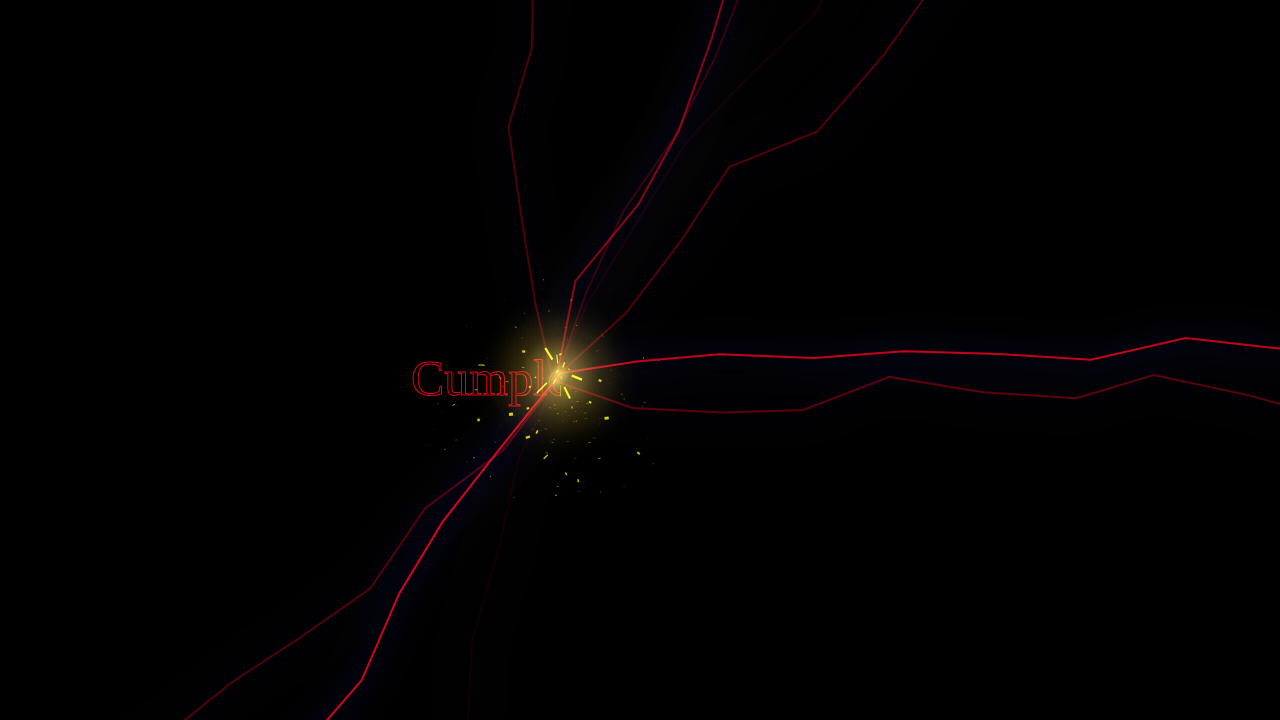
Repository: hosoya08/Raiki
Page: main.html
These files come from the project's save history. The page is drawn as it stood at one moment and after the next save; the edit follows.
The browser window is 1280 px wide. The pictures show the whole page.
Some web fonts or font styles are not loaded; a fallback is used.

Above is the page before, as saved 2025-03-25 23:59:40.

### main.html
<!DOCTYPE html>
<html lang="en">
<head>
    <meta charset="UTF-8">
    <meta name="viewport" content="width=device-width, initial-scale=1.0">
    <title>test</title>
    <link rel="stylesheet" href="main.css">
</head>
<body>

    <div class="page page-thunder-to-text">
        <input id="input" type="text" maxlength="24" placeholder="raiki" style="display:none;">
        <canvas id="canvas"></canvas>
    </div>

    <script src="script.js"></script>
</body>
</html>

### main.css
@import url("https://fonts.googleapis.com/css?family=Voltaire");
html,
body {
  background: #333;
  margin: 0;
  height: 100%;
  overflow: hidden;
}

#textFill {
  animation: alphaRandom 1s linear infinite;
}

#textGlow {
  animation: alphaRandom2 1s linear infinite;
}

@keyframes alphaRandom {
  0% {
    opacity: 0.8219337334;
  }
  10% {
    opacity: 0.9826474012;
  }
  20% {
    opacity: 0.8784141065;
  }
  30% {
    opacity: 0.7149556183;
  }
  40% {
    opacity: 0.9556301227;
  }
  50% {
    opacity: 0.7870307307;
  }
  60% {
    opacity: 0.8868483326;
  }
  70% {
    opacity: 0.9359252135;
  }
  80% {
    opacity: 0.7186274177;
  }
  90% {
    opacity: 0.9327301979;
  }
  100% {
    opacity: 0.837924936;
  }
}
@keyframes alphaRandom2 {
  0% {
    opacity: 0.7549817306;
  }
  10% {
    opacity: 0.7824141662;
  }
  20% {
    opacity: 0.7585337883;
  }
  30% {
    opacity: 0.7542422182;
  }
  40% {
    opacity: 0.7956797351;
  }
  50% {
    opacity: 0.8821569643;
  }
  60% {
    opacity: 0.9860754458;
  }
  70% {
    opacity: 0.9238546186;
  }
  80% {
    opacity: 0.99889331;
  }
  90% {
    opacity: 0.9833467613;
  }
  100% {
    opacity: 0.9734773483;
  }
}
.page-thunder-to-text {
  position: relative;
  overflow: hidden;
}
.page-thunder-to-text canvas {
  display: block;
}
.page-thunder-to-text input {
  position: absolute;
  bottom: 50px;
  left: 0;
  right: 0;
  display: block;
  outline: none;
  background-color: rgba(38, 50, 56, 0.2);
  color: #ffffff;
  border: none;
  width: 50%;
  min-width: 500px;
  max-width: 100%;
  margin: auto;
  height: 60px;
  line-height: 60px;
  font-size: 40px;
  padding: 0 20px;
}
.page-thunder-to-text input:hover, .page-thunder-to-text input:focus {
  border: 1px solid rgba(38, 50, 56, 0.6);
}
.page-thunder-to-text input::-webkit-input-placeholder {
  color: rgba(255, 255, 255, 0.1);
}/*# sourceMappingURL=main_20250325233303.css.map */

### script.js
let canvas, ctx, w, h, thunder, text, particles, input

function Thunder(options) {
  options = options || {}
  this.lifespan = options.lifespan || Math.round(Math.random() * 10 + 10)
  this.maxlife = this.lifespan
  this.color = options.color || "#e60012"
  this.glow = options.glow || "#2323fe"
  this.x = options.x || Math.random() * w
  this.y = options.y || Math.random() * h
  this.width = options.width || 2
  this.direct = options.direct || Math.random() * Math.PI * 2
  this.max = options.max || Math.round(Math.random() * 10 + 20)
  this.segments = [...new Array(this.max)].map(() => {
    return {
      direct: this.direct + (Math.PI * Math.random() * 0.2 - 0.1),
      length: Math.random() * 20 + 80,
      change: Math.random() * 0.04 - 0.02,
    }
  })

  this.update = function (index, array) {
    this.segments.forEach((s) => {
      ;(s.direct += s.change) && Math.random() > 1 && (s.change *= -1)
    })
    ;(this.lifespan > 0 && this.lifespan--) || this.remove(index, array)
  }

  this.render = function (ctx) {
    if (this.lifespan <= 0) return
    ctx.beginPath()
    ctx.globalAlpha = this.lifespan / this.maxlife
    ctx.strokeStyle = this.color
    ctx.lineWidth = this.width
    ctx.shadowBlur = 32
    ctx.shadowColor = this.glow
    ctx.moveTo(this.x, this.y)
    let prev = { x: this.x, y: this.y }
    this.segments.forEach((s) => {
      const x = prev.x + Math.cos(s.direct) * s.length
      const y = prev.y + Math.sin(s.direct) * s.length
      prev = { x: x, y: y }
      ctx.lineTo(x, y)
    })
    ctx.stroke()
    ctx.closePath()
    ctx.shadowBlur = 0
    const strength = Math.random() * 80 + 40
    const light = ctx.createRadialGradient(this.x, this.y, 0, this.x, this.y, strength)
    light.addColorStop(0, "rgba(250, 200, 50, 0.6)")
    light.addColorStop(0.1, "rgba(250, 200, 50, 0.2)")
    light.addColorStop(0.4, "rgba(250, 200, 50, 0.06)")
    light.addColorStop(0.65, "rgba(250, 200, 50, 0.01)")
    light.addColorStop(0.8, "rgba(250, 200, 50, 0)")
    ctx.beginPath()
    ctx.fillStyle = light
    ctx.arc(this.x, this.y, strength, 0, Math.PI * 2)
    ctx.fill()
    ctx.closePath()
  }

  this.remove = function (index, array) {
    array.splice(index, 1)
  }
}

function Spark(options) {
  options = options || {}
  this.x = options.x || w * 0.5
  this.y = options.y || h * 0.5
  this.v = options.v || { direct: Math.random() * Math.PI * 2, weight: Math.random() * 14 + 2, friction: 0.88 }
  this.a = options.a || { change: Math.random() * 0.4 - 0.2, min: this.v.direct - Math.PI * 0.4, max: this.v.direct + Math.PI * 0.4 }
  this.g = options.g || { direct: Math.PI * 0.5 + (Math.random() * 0.4 - 0.2), weight: Math.random() * 0.25 + 0.25 }
  this.width = options.width || Math.random() * 3
  this.lifespan = options.lifespan || Math.round(Math.random() * 20 + 40)
  this.maxlife = this.lifespan
  this.color = options.color || "#ffff00" // 雷の色
  this.prev = { x: this.x, y: this.y }

  this.update = function (index, array) {
    this.prev = { x: this.x, y: this.y }
    this.x += Math.cos(this.v.direct) * this.v.weight
    this.x += Math.cos(this.g.direct) * this.g.weight
    this.y += Math.sin(this.v.direct) * this.v.weight
    this.y += Math.sin(this.g.direct) * this.g.weight
    this.v.weight > 0.2 && (this.v.weight *= this.v.friction)
    this.v.direct += this.a.change
    ;(this.v.direct > this.a.max || this.v.direct < this.a.min) && (this.a.change *= -1)
    this.lifespan > 0 && this.lifespan--
    this.lifespan <= 0 && this.remove(index, array)
  }

  this.render = function (ctx) {
    if (this.lifespan <= 0) return
    ctx.beginPath()
    ctx.globalAlpha = this.lifespan / this.maxlife
    ctx.strokeStyle = this.color
    ctx.lineWidth = this.width
    ctx.moveTo(this.x, this.y)
    ctx.lineTo(this.prev.x, this.prev.y)
    ctx.stroke()
    ctx.closePath()
  }

  this.remove = function (index, array) {
    array.splice(index, 1)
  }
}

function Particles(options) {
  options = options || {}
  this.max = options.max || Math.round(Math.random() * 10 + 10)
  this.sparks = [...new Array(this.max)].map(() => new Spark(options))

  this.update = function () {
    this.sparks.forEach((s, i) => s.update(i, this.sparks))
  }

  this.render = function (ctx) {
    this.sparks.forEach((s) => s.render(ctx))
  }
}

function Text(options) {
  options = options || {}
  const pool = document.createElement("canvas")
  const buffer = pool.getContext("2d")
  pool.width = w
  buffer.fillStyle = "#000000"
  buffer.fillRect(0, 0, pool.width, pool.height)

  this.size = options.size || 50
  this.copy = (options.copy || `Hello!`) + " "
  this.color = options.color || "#e60012" //文字の色
  this.delay = options.delay || 2
  this.basedelay = this.delay
  buffer.font = `${this.size}px Comic Sans MS`
  this.bound = buffer.measureText(this.copy)
  this.bound.height = this.size * 1.5
  this.x = options.x || w * 0.5 - this.bound.width * 0.5
  this.y = options.y || h * 0.5 - this.size * 0.5

  buffer.strokeStyle = this.color
  buffer.strokeText(this.copy, 0, this.bound.height * 0.8)
  this.data = buffer.getImageData(0, 0, this.bound.width, this.bound.height)
  this.index = 0

  this.update = function () {
    if (this.index >= this.bound.width) return;
    const data = this.data.data
    for (let i = this.index * 4; i < data.length; i += 4 * this.data.width) {
      const bitmap = data[i] + data[i + 1] + data[i + 2] + data[i + 3]
      if (bitmap > 255 && Math.random() > 0.96) {
        const x = this.x + this.index
        const y = this.y + i / this.bound.width / 4
        thunder.push(
          new Thunder({
            x: x,
            y: y,
          })
        )
        Math.random() > 0.5 &&
          particles.push(
            new Particles({
              x: x,
              y: y,
            })
          )
      }
    }
    if (this.delay-- < 0) {
      this.index++
      this.delay += this.basedelay
    }
  }

  this.render = function (ctx) {
    ctx.putImageData(this.data, this.x, this.y, 0, 0, this.index, this.bound.height)
  }
}

function loop() {
  update()
  render()
 // すべての文字が表示され、雷と火花も消滅したらループ終了
 const textFinished = text.index >= text.bound.width;
 const animationFinished = thunder.length === 0 && particles.length === 0;

 if (!textFinished || !animationFinished) {
     requestAnimationFrame(loop);
 } else {
     console.log('アニメーション完了');
 }
}

function update() {
  text.update()
  thunder.forEach((l, i) => l.update(i, thunder)) // 雷の演出（繰り返し処理
  particles.forEach((p) => p.update()) //火花の演出（繰り返し処理
}

function render() {
  ctx.globalCompositeOperation = "source-over"
  ctx.globalAlpha = 1
  ctx.fillStyle = "#000000"
  ctx.fillRect(0, 0, w, h)
  //
  ctx.globalCompositeOperation = "screen"
  text.render(ctx)
  thunder.forEach((l) => l.render(ctx))
  particles.forEach((p) => p.render(ctx))
}

;(function () {
  //
  canvas = document.getElementById("canvas")
  input = document.getElementById("input")
  ctx = canvas.getContext("2d")
  w = window.innerWidth
  h = window.innerHeight
  canvas.width = w
  canvas.height = h
  thunder = []
  particles = []
  //
  text = new Text({
    copy: "Cumpleaño de Raiki!!",
  })

  canvas.addEventListener("click", (e) => {
    const x = e.clientX
    const y = e.clientY
    thunder.push(
      new Thunder({
        x: x,
        y: y,
      })
    )
    particles.push(
      new Particles({
        x: x,
        y: y,
      })
    )
  })
  let cb = 0
  input.addEventListener("keyup", (e) => {
    clearTimeout(cb)
    cb = setTimeout(() => {
      text = new Text({
        copy: input.value,
      })
    }, 300)
  })
  //
  loop()
})()

After the next save:
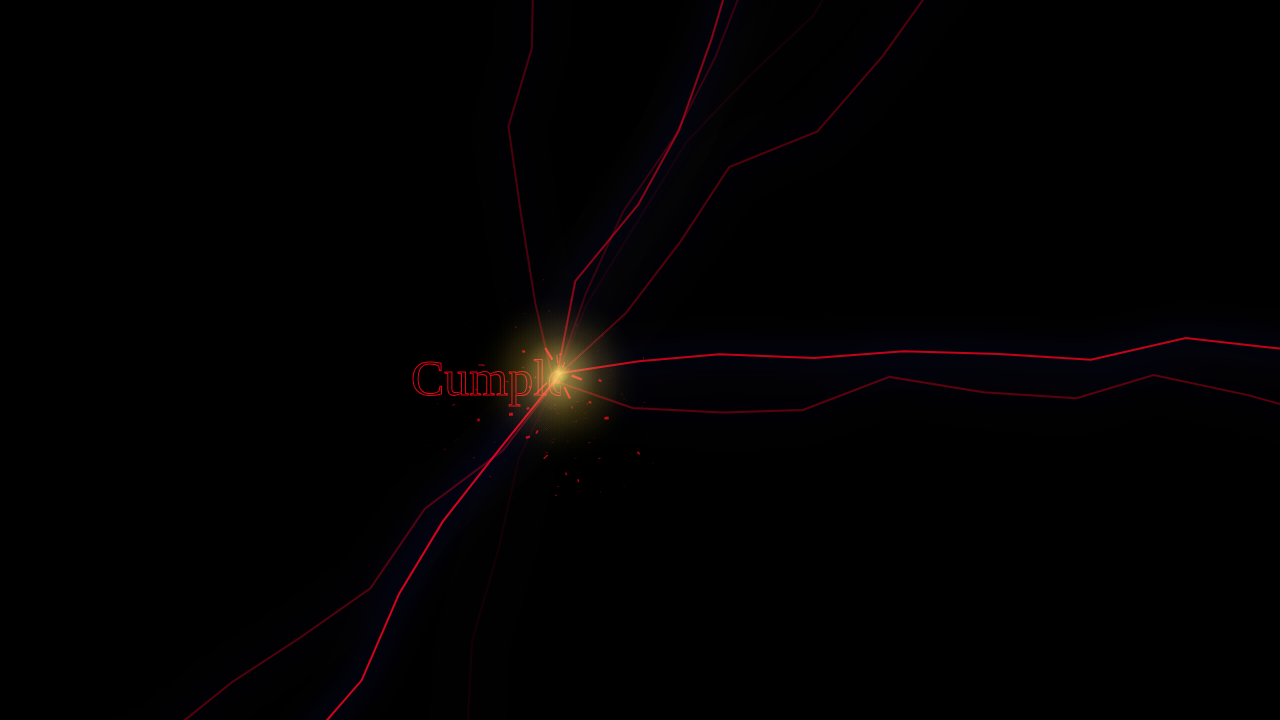
Saved 6 s later.
--- a/script.js
+++ b/script.js
@@ -74,7 +74,7 @@ function Spark(options) {
   this.width = options.width || Math.random() * 3
   this.lifespan = options.lifespan || Math.round(Math.random() * 20 + 40)
   this.maxlife = this.lifespan
-  this.color = options.color || "#ffff00" // 雷の色
+  this.color = options.color || "#e60012" // 雷の色
   this.prev = { x: this.x, y: this.y }
 
   this.update = function (index, array) {
